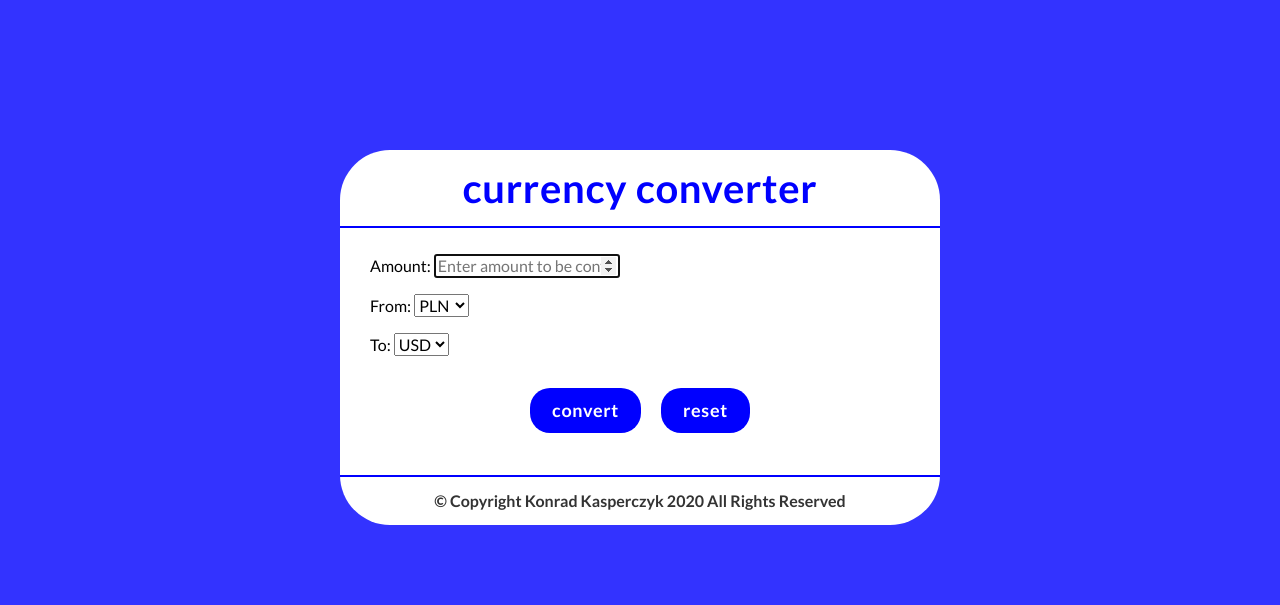
Repository: kkasperczyk/currency-converter
Page: index.html
These files come from the project's save history. The page is drawn as it stood at one moment and after a run of saves; the edit follows.
The browser window is 1280 px wide. The pictures show the whole page.

Above is the page before, as saved 2020-06-16 13:01:13.

### index.html
<!DOCTYPE html>
<html lang="en">

<head>
    <meta charset="UTF-8">
    <meta name="viewport" content="width=device-width, initial-scale=1.0">
    <link rel="stylesheet" href="https://cdnjs.cloudflare.com/ajax/libs/normalize/8.0.1/normalize.min.css"
        integrity="sha256-l85OmPOjvil/SOvVt3HnSSjzF1TUMyT9eV0c2BzEGzU=" crossorigin="anonymous" />
    <link rel="stylesheet" href="css/global.css">
    <link rel="stylesheet" href="css/container.css">
    <link rel="stylesheet" href="css/header.css">
    <link rel="stylesheet" href="css/main.css">
    <link rel="stylesheet" href="css/form.css">
    <link rel="stylesheet" href="css/footer.css">
    <script defer src="js/script.js"></script>
    <link href="https://fonts.googleapis.com/css2?family=Lato:ital,wght@0,400;0,700;1,400&display=swap"
        rel="stylesheet">
    <title>Currency Converter</title>
</head>

<body>
    <div class="container">
        <header class="header">
            <h1 class="header__title">Currency Converter
        </header>
        <main class="main">
            <form class="form js-form">
                <p>
                    <label>
                        Amount:
                        <input class="form__amount js-form__amount" type="number" name="amount" min="1" step="any"
                            required placeholder="Enter amount to be converted">
                    </label>
                </p>
                <p>
                    <label>
                        From:
                        <select class="js-convertFrom" required>
                            <option value="pln">PLN</option>
                            <option value="usd">USD</option>
                            <option value="gbp">GBP</option>
                            <option value="eur">EUR</option>
                            <option value="chf">CHF</option>
                        </select>
                    </label>
                </p>
                <p>
                    <label>
                        To:
                        <select class="js-convertTo" required>
                            <option value="pln">PLN</option>
                            <option value="usd" selected>USD</option>
                            <option value="gbp">GBP</option>
                            <option value="eur">EUR</option>
                            <option value="chf">CHF</option>
                        </select>
                    </label>
                </p>
                <div class="form__buttons">
                    <p>
                        <button class="form__button js-form__button">Convert</button>
                    </p>
                    <p>
                        <button class="form__button" type="reset">Reset</button>
                    </p>
                </div>
            </form>
            <p class="js-convertedValue">
                <label></label>
            </p>
        </main>
        <footer class="footer">
            <span>&copy Copyright Konrad Kasperczyk 2020 All Rights Reserved</span>
        </footer>
    </div>
</body>

</html>

### css/global.css
html {
  box-sizing: border-box;
}

*,
::after,
::before {
  box-sizing: inherit;
}

body {
  font-family: "Lato", sans-serif;
  background-color: hsl(240, 100%, 60%);
}

### css/container.css
.container {
    max-width: 600px;
    margin: 0 auto;
    background-color: white;
    border-radius: 50px;
    margin-top: 150px;
}

### css/header.css
.header {
    text-align: center;
    border-bottom: 2px solid hsl(240, 100%, 50%);
}

.header__title {
    color: hsl(240, 100%, 50%);
    padding: 15px;
    font-size: 40px;
    letter-spacing: 0.7px;
    margin: 0;
    text-transform: lowercase;
}

### css/main.css
.main {
    background-color: white;
    padding: 10px 30px;
}

### css/form.css
.form__buttons {
    display: flex;
    justify-content: center;
}

.form__button {
    margin: 0 10px;
    background-color: hsl(240, 100%, 50%);
    color: white;
    padding: 10px 20px;
    text-transform: lowercase;
    font-size: 18px;
    font-weight: bold;
    letter-spacing: 0.7px;
    border: 2px solid transparent;
    border-radius: 20px;
}

.form__button:hover {
    background-color: white;
    color: hsl(240, 100%, 50%);
    border: 2px solid hsl(240, 100%, 50%);
    cursor: pointer;
}

### css/footer.css
.footer {
    text-align: center;
    border-top: 2px solid hsl(240, 100%, 50%);
    color: #333;
    font-weight: bold;
    padding: 15px;
}

### js/script.js
console.log("Hi all developers! Nice to see you here.");

let amountField = document.querySelector(".js-form__amount");
let convertFromField = document.querySelector(".js-convertFrom");
let convertToField = document.querySelector(".js-convertTo");
let convertedValueField = document.querySelector(".js-convertedValue");
let submitButton = document.querySelector(".js-form__button");
let form = document.querySelector(".js-form");

amountField.focus();

form.addEventListener("submit", (event) => {
  event.preventDefault();

  let amount = amountField.value;
  let convertFrom = convertFromField.value;
  let convertTo = convertToField.value;
  let result;

  console.log(amount, convertFrom, convertTo);

  switch (convertFrom) {
    case "pln":
      switch (convertTo) {
        case "pln":
          result = amount * 1;
          convertedValueField.value = result.toFixed(2);
          break;
        case "eur":
          result = amount / 4.4278;
          convertedValueField.value = result.toFixed(2);
          break;
        case "usd":
          result = amount / 3.9058;
          convertedValueField.value = result.toFixed(2);
          break;
        case "gbp":
          result = amount / 4.9384;
          convertedValueField.value = result.toFixed(2);
          break;
        case "chf":
          result = amount / 4.1187;
          convertedValueField.value = result.toFixed(2);
          break;
      }
      break;
    case "eur":
      switch (convertTo) {
        case "pln":
          result = amount * 4.4278;
          convertedValueField.value = result.toFixed(2);
          break;
        case "eur":
          result = amount * 1;
          convertedValueField.value = result.toFixed(2);
          break;
        case "usd":
          result = amount * 1.1336;
          convertedValueField.value = result.toFixed(2);
          break;
        case "gbp":
          result = amount * 0.8966;
          convertedValueField.value = result.toFixed(2);
          break;
        case "chf":
          result = amount * 1.075;
          convertedValueField.value = result.toFixed(2);
          break;
      }
      break;
    case "usd":
      switch (convertTo) {
        case "pln":
          result = amount * 3.9058;
          convertedValueField.value = result.toFixed(2);
          break;
        case "eur":
          result = amount * 0.8821;
          convertedValueField.value = result.toFixed(2);
          break;
        case "usd":
          result = amount * 1;
          convertedValueField.value = result.toFixed(2);
          break;
        case "gbp":
          result = amount * 0.7909;
          convertedValueField.value = result.toFixed(2);
          break;
        case "chf":
          result = amount * 0.9483;
          convertedValueField.value = result.toFixed(2);
          break;
      }
      break;
    case "gbp":
      switch (convertTo) {
        case "pln":
          result = amount * 4.9384;
          convertedValueField.value = result.toFixed(2);
          break;
        case "eur":
          result = amount * 1.1153;
          convertedValueField.value = result.toFixed(2);
          break;
        case "usd":
          result = amount * 1.2644;
          convertedValueField.value = result.toFixed(2);
          break;
        case "gbp":
          result = amount * 1;
          convertedValueField.value = result.toFixed(2);
          break;
        case "chf":
          result = amount * 1.199;
          convertedValueField.value = result.toFixed(2);
          break;
      }
      break;
    case "chf":
      switch (convertTo) {
        case "pln":
          result = amount * 4.1187;
          convertedValueField.value = result.toFixed(2);
          break;
        case "eur":
          result = amount * 0.9302;
          convertedValueField.value = result.toFixed(2);
          break;
        case "usd":
          result = amount * 1.0545;
          convertedValueField.value = result.toFixed(2);
          break;
        case "gbp":
          result = amount * 0.834;
          convertedValueField.value = result.toFixed(2);
          break;
        case "chf":
          result = amount * 1;
          convertedValueField.value = result.toFixed(2);
          break;
      }
      break;
  }
});

After the next 4 saves:
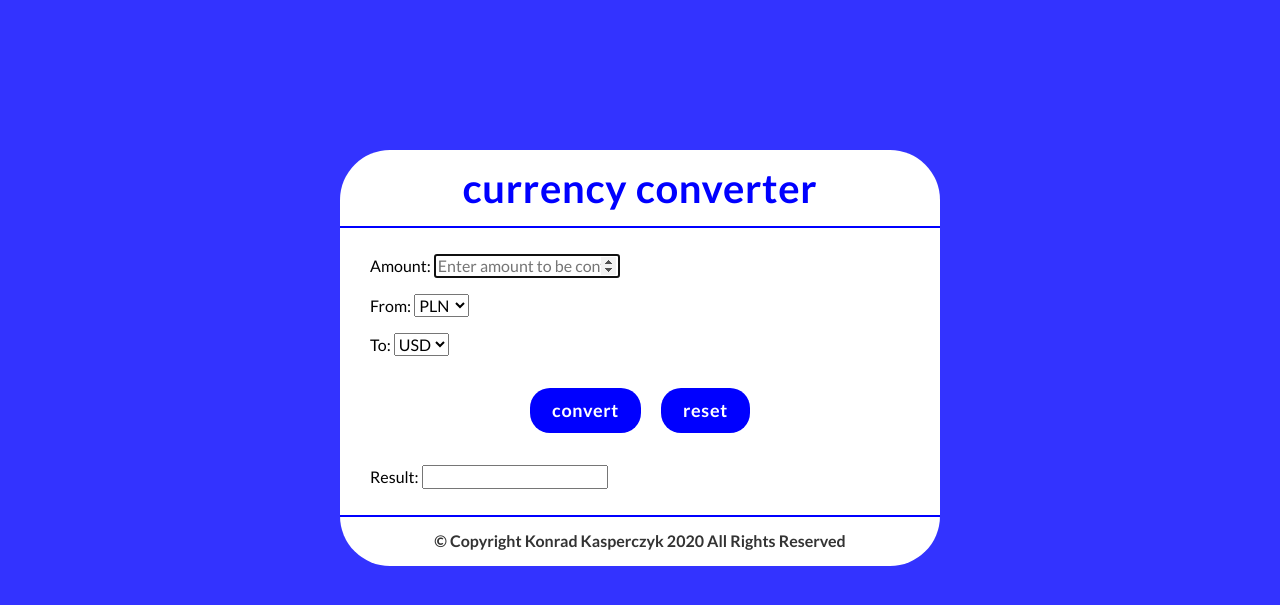
The 4 saves are shown as one change because they came seconds apart.
The last was saved 13 s later.
--- a/index.html
+++ b/index.html
@@ -66,7 +66,10 @@
                 </div>
             </form>
             <p class="js-convertedValue">
-                <label></label>
+                <label>
+                    Result:
+                    <input type="number">
+                </label>
             </p>
         </main>
         <footer class="footer">
